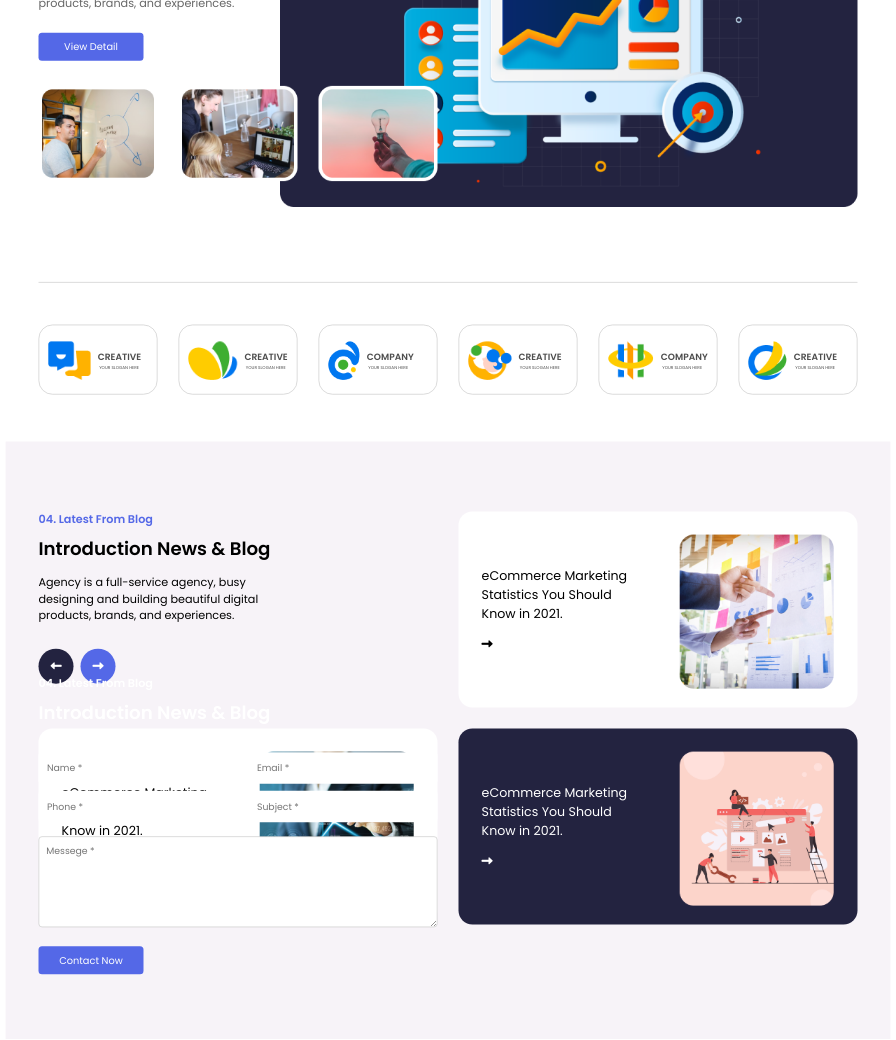
Repository: tranchi0120/LangdingPage-Htmlcss-Ago
Page: index.html
The author's editor kept a copy of each file at every save. The page is drawn from the files as they stood at one save, then again after the next save.
The browser window is 1280 px wide. The pictures show the part of the page from y = 2864 to 4784 px (the page is 4349 px tall before and 4784 px after), at 70% of full size.
Some web libraries are served in a nearby version. The style sheet was rebuilt from its Sass, Less or Tailwind sources for each picture, by a compiler version that may differ from the author's.

Above is the page before, as saved 2022-07-15 10:30:38.

### index.html
<!DOCTYPE html>
<html lang="en">

<head>
    <meta charset="UTF-8" />
    <meta http-equiv="X-UA-Compatible" content="IE=edge" />
    <meta name="viewport" content="width=device-width, initial-scale=1.0" />
    <title>Ago</title>
    <!-- css -->
    <link rel="stylesheet" href="./css/app.css" />
    <!-- google font  -->
    <link rel="preconnect" href="https://fonts.googleapis.com" />
    <link rel="preconnect" href="https://fonts.gstatic.com" crossorigin />
    <link href="https://fonts.googleapis.com/css2?family=Poppins:wght@400;600&display=swap" rel="stylesheet" />
    <!-- google icon awaresome -->
    <link rel="stylesheet" href="https://cdnjs.cloudflare.com/ajax/libs/font-awesome/6.1.1/css/all.min.css">
    <!-- sass ./sass/app.scss ./css/app.css --watch -->
</head>

<body>
    <header class="header">
        <div class="header-top container">
            <span class="header-top-title">
                Welcome to Ago! Building Creative Business Agency
            </span>
            <div class="header-top-right">
                <div class="header-login">
                    <i class="fa-solid fa-user"></i>
                    <a href="#!" style="color:#666666">Login</a>
                </div>
                <div class="header-nation">
                    <i class="fa-solid fa-globe"></i>
                    <span class="header-language">English</span>
                    <i class="fa-solid fa-angle-down"></i>
                </div>
            </div>
        </div>
        <div class="header-line">
        </div>
        <div class="header-under container">
            <div class="header-under-logo">
                <div class="header-under-image">
                    <img class="header-under-img" src="./images/logo.png" alt="#">
                </div>
                <span class="header-under-name">Ago</span>
            </div>
            <div class="header-menu">
                <ul class="menu">
                    <li class="menu-item">
                        <a href="#" class="menu-link">Home</a>
                    </li>
                    <li class="menu-item">
                        <a href="#" class="menu-link">Features</a>
                        <i class="fa-solid fa-angle-down"></i>
                    </li>
                    <li class="menu-item">
                        <a href="#" class="menu-link">Services</a>
                    </li>
                    <li class="menu-item">
                        <a href="#" class="menu-link">Pages</a>
                    </li>
                    <li class="menu-item">
                        <a href="#" class="menu-link">Blog</a>
                    </li>
                    <li class="menu-item">
                        <a href="#" class="menu-link">Support</a>
                    </li>
                </ul>
                <div class="menu-button">
                    <i class="fa-solid fa-magnifying-glass menu-icon"></i>
                    <div class="button">Contact Us</div>
                </div>
            </div>
        </div>
    </header>
    <main>
        <section class="hero">
            <div class="container">
                <div class="hero-main">
                    <div class="hero-left">
                        <div class="hero-title">
                            Trusted Professional Service.
                        </div>
                        <span class="hero-content">
                            Ago is a full-service agency, busy designing and building beautiful digital products,
                            brands, and
                            experiences.
                        </span>
                        <div class="hero-button">
                            <div class="button">Recent Work</div>
                        </div>
                        <div class="hero-down">
                            <div class="hero-icondown">
                                <i style="color:#ffffff ;" class="fa-solid fa-arrow-down"></i>
                            </div>
                            <p class="hero-scroll">
                                Scroll Down
                            </p>
                        </div>
                    </div>
                    <div class="hero-right">
                        <img src="./images/hero.png" alt="#">
                    </div>
                </div>
            </div>
        </section>
        <section class="about">
            <div class="container">
                <div class="about-main">
                    <div class="about-images">
                        <img src="./images/about1.png" alt="#" class="about-img1">
                        <img src="./images/about2.png" alt="#" class="about-img2">
                        <img src="./images/about3.png" alt="#" class="about-img3">
                    </div>
                    <div class="about-us">
                        <h5 class="about-number">
                            01. About Us
                        </h5>
                        <div class="about-title">
                            We Make Designs that Lead and Inpire.
                        </div>
                        <div class="about-name">
                            A design team building a created
                            marketplace for UI designers.
                        </div>
                        <div class="about-content">
                            2,360 curated design resources to energize your creative workflow. We're a growing family of
                            682,268 designers and makers from around the world
                        </div>
                        <div class="menu-button">
                            <div class="button">Contact Us</div>
                        </div>
                    </div>
                </div>
            </div>
        </section>
        <section class="interactive">
            <div class="container">
                <div class="interactive-main">
                    <h5 class="interactive-number">
                        02. What We Do
                    </h5>
                    <div class="interactive-title">
                        <span class="interactive-name">
                            We Make Designs that Lead and Inpire.
                        </span>
                        <i class="fa-solid fa-left-long interactive-iconleft"></i>
                        <i class="fa-solid fa-right-long"></i>
                    </div>
                    <div class="interactive-group">
                        <div class="interactive-box">
                            <div class="row-circle">
                                <img class="row-img" src="./images/row1.png" alt="#">
                                <h2 class="row-number">
                                    26k
                                </h2>
                                <span class="row-title">
                                    Happy Clients
                                </span>
                            </div>
                            <div class="row-circle2">
                                <img class="row-img" src="./images/row2.png" alt="#">
                                <h2 class="row-number2">
                                    76k
                                </h2>
                                <span class="row-title2">
                                    Project Done
                                </span>
                                <span class="row-content2">
                                    Lorem ipsum dolor sit amet, consectetur adipiscing elit. Mauris sapien egestas augue
                                    enim amet scelerisque.
                                </span>
                            </div>
                            <div class="row-circle">
                                <img class="row-img" src="./images/row3.png" alt="#">
                                <h2 class="row-number">
                                    20k
                                </h2>
                                <span class="row-title">
                                    AWARDS WON
                                </span>
                            </div>
                            <div class="row-circle">
                                <img class="row-img" src="./images/row4.png" alt="#">
                                <h2 class="row-number">
                                    20k
                                </h2>
                                <span class="row-title">
                                    DAILY DATA INPUT
                                </span>
                            </div>
                        </div>
                    </div>
                </div>
            </div>
        </section>
        <section class="service">
            <div class="container">
                <h5 class="service-number">
                    03. Our Services
                </h5>
                <div class="service-title">
                    <span class="service-name">
                        Welcome to Our Professional Service
                    </span>
                </div>
                <div class="service-main">
                    <div class="service-left">
                        <h2 class="service-left-title">
                            Professional Website
                            Design Consulting
                        </h2>
                        <p class="service-left-content">
                            Agency is a full-service agency, busy designing and building beautiful digital products,
                            brands, and experiences.
                        </p>
                        <div class="menu-button">
                            <div class="button">View Detail</div>
                        </div>
                        <div class="service-left-images">
                            <img src="./images/service1.png" alt="#" class="service-left-img">
                            <img src="./images/service2.png" alt="#" class="service-left-img">
                            <img src="./images/service3.png" alt="#" class="service-left-img">
                        </div>
                    </div>
                    <div class="service-right">
                        <img src="./images/service4.png" alt="#" class="service-right-img">
                    </div>
                </div>
                <div class="service-bottom">
                    <div class="service-box">
                        <div class="service-box-imgs">
                            <img src="./images/logo1.png" alt="#" class="service-box-img">
                        </div>
                        <div class="service-box-text">
                            <h2 class="service-box-title">CREATIVE</h2>
                            <p class="service-box-slogan">YOUR SLOGAN HERE</p>
                        </div>
                    </div>
                    <div class="service-box">
                        <div class="service-box-imgs">
                            <img src="./images/logo2.png" alt="#" class="service-box-img">
                        </div>
                        <div class="service-box-text">
                            <h2 class="service-box-title">CREATIVE</h2>
                            <p class="service-box-slogan">YOUR SLOGAN HERE</p>
                        </div>
                    </div>
                    <div class="service-box">
                        <div class="service-box-imgs">
                            <img src="./images/logo3.png" alt="#" class="service-box-img">
                        </div>
                        <div class="service-box-text">
                            <h2 class="service-box-title">COMPANY</h2>
                            <p class="service-box-slogan">YOUR SLOGAN HERE</p>
                        </div>
                    </div>
                    <div class="service-box">
                        <div class="service-box-imgs">
                            <img src="./images/logo4.png" alt="#" class="service-box-img">
                        </div>
                        <div class="service-box-text">
                            <h2 class="service-box-title">CREATIVE</h2>
                            <p class="service-box-slogan">YOUR SLOGAN HERE</p>
                        </div>
                    </div>
                    <div class="service-box">
                        <div class="service-box-imgs">
                            <img src="./images/logo5.png" alt="#" class="service-box-img">
                        </div>
                        <div class="service-box-text">
                            <h2 class="service-box-title">COMPANY</h2>
                            <p class="service-box-slogan">YOUR SLOGAN HERE</p>
                        </div>
                    </div>
                    <div class="service-box">
                        <div class="service-box-imgs">
                            <img src="./images/logo6.png" alt="#" class="service-box-img">
                        </div>
                        <div class="service-box-text">
                            <h2 class="service-box-title">CREATIVE</h2>
                            <p class="service-box-slogan">YOUR SLOGAN HERE</p>
                        </div>
                    </div>
                </div>
            </div>
        </section>
        <section class="latest">
            <div class="container">
                <div class="latest-main">
                    <div class="latest-group">
                        <h5 class="latest-number">
                            04. Latest From Blog
                        </h5>
                        <span class="latest-title">
                            Introduction News & Blog
                        </span>
                        <p class="latest-content">
                            Agency is a full-service agency, busy designing and building beautiful digital products,
                            brands, and experiences.
                        </p>
                        <div class="latest-icon">
                            <div class="latest-icon-left">
                                <i class="fa-solid fa-left-long"></i>
                            </div>
                            <div class="latest-icon-right">
                                <i class="fa-solid fa-right-long"></i>
                            </div>
                        </div>
                    </div>
                    <div class="latest-groups">
                        <div class="latest-box">
                            <p class="latest-text">
                                eCommerce Marketing
                                Statistics You Should
                                Know in 2021.
                            </p>
                            <i class="fa-solid fa-right-long"></i>
                        </div>
                        <div class="latest-image">
                            <img src="./images/latest1.png" alt="#" class="latest-img">
                        </div>
                    </div>
                    <div class="latest-groups">
                        <div class="latest-box">
                            <p class="latest-text">
                                eCommerce Marketing
                                Statistics You Should
                                Know in 2021.
                            </p>
                            <i class="fa-solid fa-right-long"></i>
                        </div>
                        <div class="latest-image">
                            <img src="./images/latest2.png" alt="#" class="latest-img">
                        </div>
                    </div>
                    <div class="latest-groups3">
                        <div class="latest-box3">
                            <p class="latest-text3">
                                eCommerce Marketing
                                Statistics You Should
                                Know in 2021.
                            </p>
                            <i class="fa-solid fa-right-long"></i>
                        </div>
                        <div class="latest-image">
                            <img src="./images/latest3.png" alt="#" class="latest-img">
                        </div>
                    </div>
                </div>
            </div>
        </section>
        <section class="contact">
            <div class="container">
                <!-- <img class="contact-background" src="./images/background.png" alt="#"> -->
                <div class="contact-main">
                    <div class="contact-left">
                        <h5 class="contact-left-number">
                            04. Latest From Blog
                        </h5>
                        <span class="contact-left-title">
                            Introduction News & Blog
                        </span>
                        <div class="contact-left-import">
                            <input class="contact-left-input" type="text" placeholder="Name *">
                            <input class="contact-left-input" type="text" placeholder="Email *">
                            <input class="contact-left-input" type="text" placeholder="Phone *">
                            <input class="contact-left-input" type="text" placeholder="Subject *">
                        </div>
                        <textarea class="contact-left-textarea" name="text" id="#" cols="30" rows="10"
                            placeholder="Messege *"></textarea>
                        <div class="menu-button">
                            <div class="button">Contact Now</div>
                        </div>
                    </div>
                    <div class="contact-right">
                        <!-- <img class="contact-right-img" src="./images/map.png" alt="#"> -->
                    </div>
                </div>
            </div>
        </section>
    </main>
    <footer>
    </footer>
</body>

</html>

### sass/app.scss
@import "global";
@import "header";
@import "menu";
@import "variable";
@import "hero";
@import "about";
@import "interactive";
@import "row";
@import "service";
@import "latest";
@import "contact";

### sass/_global.scss
.container {
    max-width: 1170px;
    margin: 0 auto;
}
.body {
    background: #ffffff;
}
* {
    box-sizing: border-box;
    font-family: "Poppins", sans-serif;
}
a {
    text-decoration: none;
}
ul {
    list-style-type: none !important;
}
.button {
    border: none;
    padding: auto;
    width: 150px;
    background: #5468e7;
    height: 40px;
    text-align: center;
    justify-content: center;
    padding: 7px;
    border-radius: 5px;
    color: white;
    font-size: 14px;
    line-height: 21px;
    padding: 10px;
}

### sass/_header.scss
.header {
    &-top {
        max-width: 1170px;
        margin: 0 auto;
        color: #666666;
        display: flex;
        justify-content: space-between;
        align-items: center;
        padding: 10px;
        &-right {
            display: flex;
            gap: 20px;
        }
    }
    &-line {
        width: 100%;
        height: 1px;
        background-color: #c7c2c2;
    }
    &-under {
        height: 96px;
        display: flex;
        gap: 0 85px;
        align-items: center;
        &-logo {
            display: flex;
        }
        &-image {
            width: 52.5px;
            height: 60px;
        }
        &-img {
            width: 100%;
        }
        &-name {
            padding: 10px;
            line-height: 39px;
            font-weight: 600;
            font-size: 26px;
            color: #000000;
        }
    }
    &-menu {
        gap: 195px;
        display: flex;
    }
}

### sass/_menu.scss
.menu {
    height: 24px;
    width: 550px;
    display: flex;
    justify-content: space-between;
    align-items: center;
    // gap: 40px;
    &-button {
        display: flex;
        gap: 29px;
    }
    &-icon {
        width: 18px;
        display: inline-block;
        padding-top: 15px;
        color: #666666;
    }

    &-link {
        color: #000000;
        font-weight: 400;
        font-size: 16px;
        line-height: 24px;
    }
}

### sass/_variable.scss
$font: "Poppins", sans-serif;
$color1: #232340;
$color2: #323259;
$color-btn: #5468e7;
$black: #222222;
$white: #ffffff;

### sass/_hero.scss
.hero {
    height: 800px;
    margin-top: 55px;
    &-main {
        display: flex;

        align-items: center;
    }
    &-title {
        width: 260px;
        line-height: 60px;
        font-weight: 600;
        font-size: 40px;
        margin-bottom: 23px;
    }
    &-content {
        height: 46px;
        width: 317px;
        font-weight: 400;
        font-size: 16px;
        display: inline-block;
        margin-bottom: 60px;
        margin-right: 147px;
    }
    &-down {
        margin-top: 114px;
        display: flex;
        gap: 9px;
    }
    &-icondown {
        border-radius: 50%;
        width: 45px;
        height: 45px;
        text-align: center;
        padding: 13px;
        background: #c897e4;
    }
}

### sass/_interactive.scss
.interactive {
    background: #f7f3f8;
    height: 752px;
    &-number {
        margin-bottom: 10px;
        margin-top: 100px;
        display: inline-block;
        color: #5468e7;
        font-size: 16px;
        line-height: 24px;
        font-weight: 600;
    }
    &-name {
        display: inline-block;
        line-height: 39px;
        font-size: 26px;
        font-weight: 600;
        margin-bottom: 75px;
    }
    &-iconleft {
        margin-right: 19px;
        margin-left: 594px;
    }
    &-box {
        max-height: 360px;
        background: white;
        display: grid;
        grid-template-columns: repeat(4, 1fr) !important;
        border-radius: 30px;
    }
}

### sass/_contact.scss
.contact {
    // &-main {
    //     display: flex;
    //     gap: 23px;
    // }
    // &-background {
    //     width: 1123px;
    //     margin-left: -400px;
    //     margin-top: -80px;
    // }
    &-left {
        margin-top: -520px;
        &-number {
            margin-bottom: 10px;
            margin-top: 0;
            font-weight: 600;
            line-height: 24px;
            color: white;
            font-size: 16px;
        }
        &-title {
            display: block;
            font-size: 26px;
            line-height: 39px;
            font-weight: 600;
            margin-bottom: 25px;
            color: white;
            margin-bottom: 37px;
        }
        &-input {
            padding: 12px;
            border-radius: 5px;
            height: 45px;
            width: 270px;
            border: none;
        }
        &-import {
            width: 570px;
            display: grid;
            grid-template-columns: repeat(2, 1fr);
            gap: 10px 30px;
        }
        &-textarea {
            padding: 10px;
            border-radius: 5px;
            border: 1px solid #cccccc;
            height: 130px;
            width: 570px;
            margin-top: 20px;
            margin-bottom: 20px;
        }
    }

    // &-right {
    //     z-index: -1;
    //     margin-top: -607px;
    // }
}

Loaded but not shown: sass/_service.scss (94 lines, source omitted); sass/_latest.scss (87 lines, source omitted); sass/_about.scss (57 lines, source omitted); sass/_row.scss (51 lines, source omitted)

After the next save:
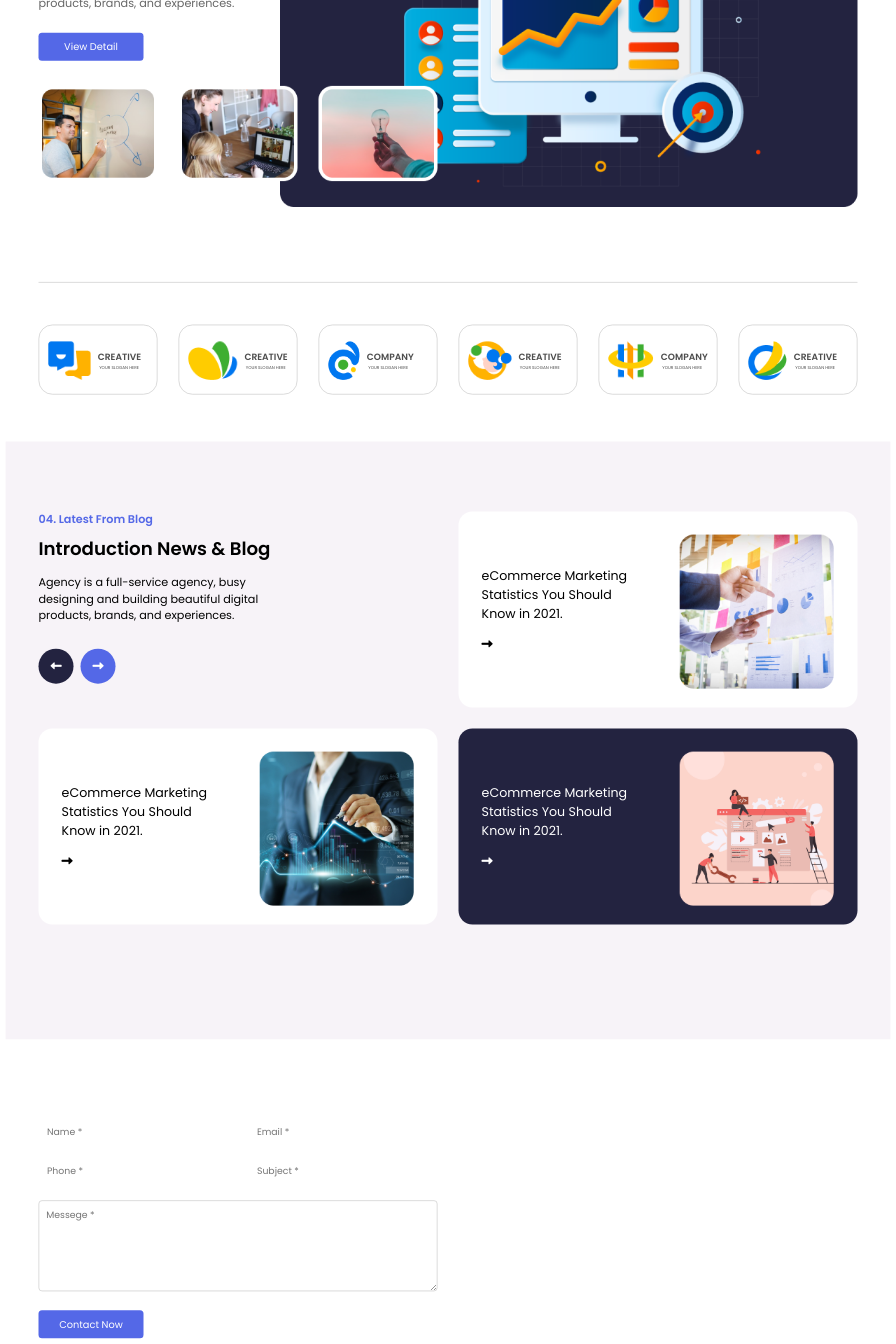
Saved 5 s later.
--- a/sass/_contact.scss
+++ b/sass/_contact.scss
@@ -9,7 +9,6 @@
     //     margin-top: -80px;
     // }
     &-left {
-        margin-top: -520px;
         &-number {
             margin-bottom: 10px;
             margin-top: 0;
